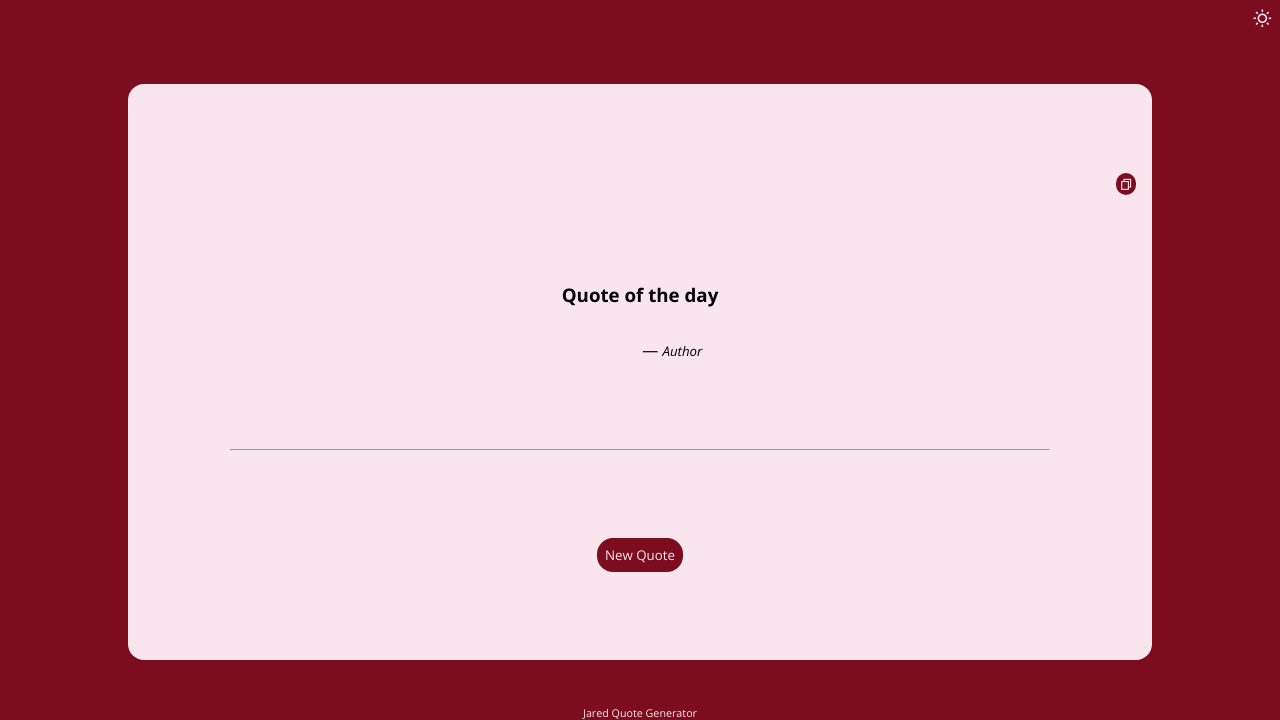
Repository: EguJaredoBoyd/Jared-Quote-Generator
Page: html/main.html
These files come from the project's save history. The page is drawn as it stood at one moment and after the next save; the edit follows.
The browser window is 1280 px wide. The pictures show the whole page.
Some web libraries are served in a nearby version.

Above is the page before, as saved 2026-01-12 00:55:21.

After the next save:
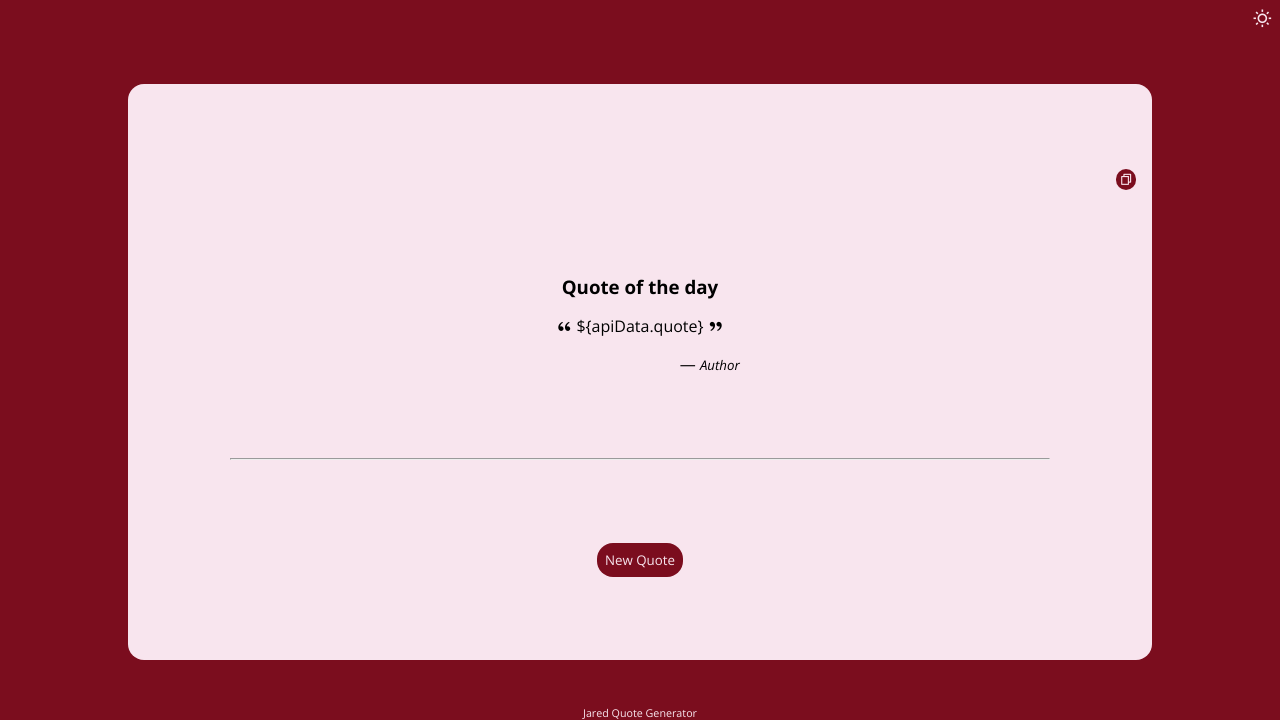
Saved 10 min 46 s later.
--- a/html/main.html
+++ b/html/main.html
@@ -34,7 +34,10 @@
           </div>
           <div class="quote-container__quotes">
             <h3>Quote of the day</h3>
-            <p id="quote-content" class="quote-content"></p>
+            <p id="quote-content" class="quote-content">
+              <span><i class="ri-double-quotes-l"></i></span> ${apiData.quote}
+              <span><i class="ri-double-quotes-r"></i></span>
+            </p>
             <div class="quote-container__author">
               <h5>
                 <span id="m-dash">&mdash; </span
